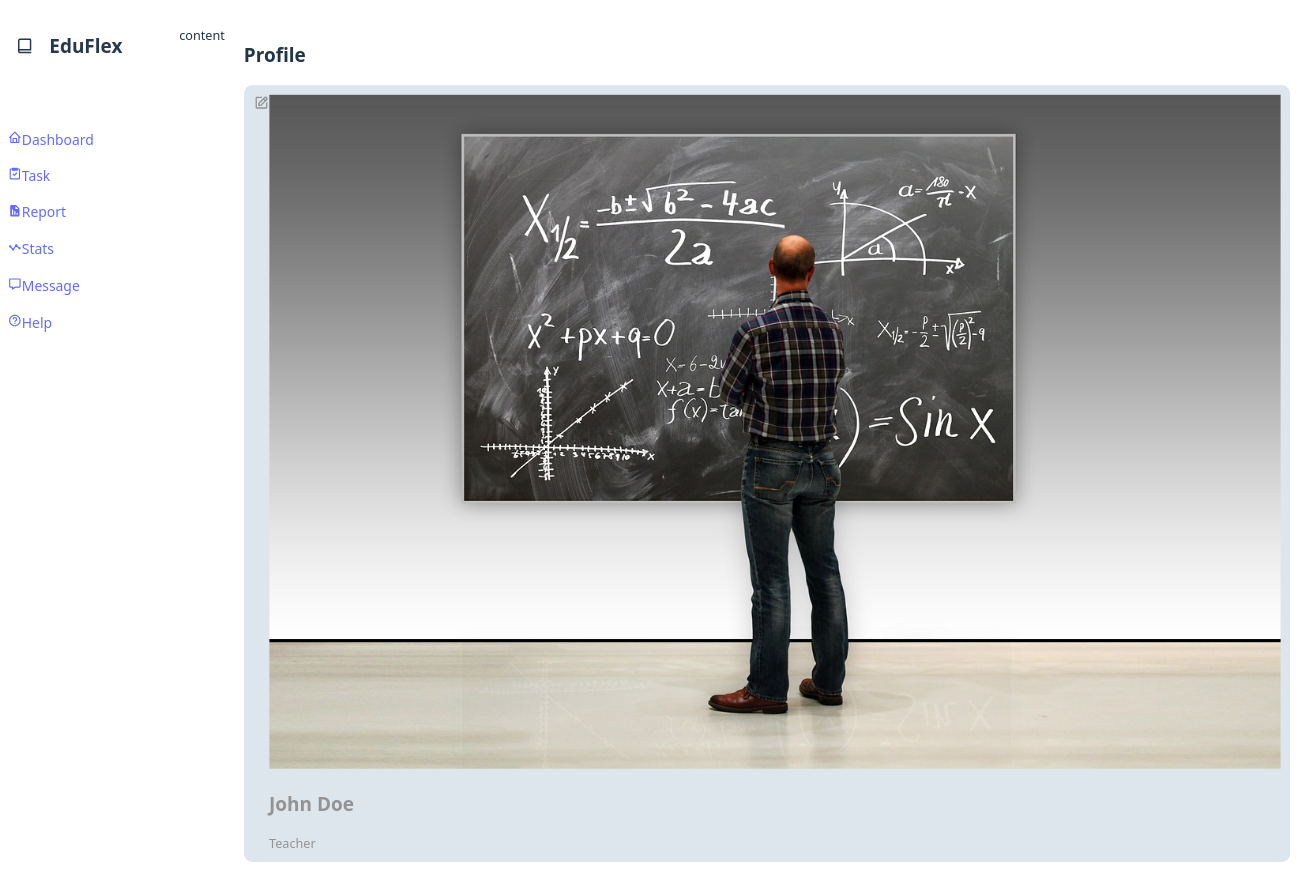
Repository: gogg23/react-dash
Page: /
These files come from the project's save history. The page is drawn as it stood at one moment and after the next save; the edit follows.
The browser window is 1280 px wide. The page is 1665 px wide, then 1280 px, then 1665 px, so the pictures cover 1665 px, including what lies to the right of the window. The pictures show the whole page, at 79% of full size.
The project was rebuilt for these pictures with package versions that can differ from the ones it lists, and the page was loaded fresh each time. Also part of the build but not shown: vite.config.js.

Above is the page before, as saved 2025-03-29 17:14:40.

### index.html
<!DOCTYPE html>
<html lang="en">
  <head>
    <meta charset="UTF-8" />
    <link rel="icon" type="image/svg+xml" href="/vite.svg" />
    <meta name="viewport" content="width=device-width, initial-scale=1.0" />
    <title>React Dashboard</title>
  </head>
  <body>
    <div id="root"></div>
    <script type="module" src="/src/main.jsx"></script>
  </body>
</html>

### src/App.jsx
import React from 'react';
import Sidebar from './components/Sidebar';
import Content from './components/Content';
import Profile from './components/Profile';
import './App.css';

const App = () => {
  return (
    <div className='dashboard'>
      <Sidebar />
      <div className='dashboard--content'>
        <>
          <Content />
          <Profile />
        </>
      </div>
    </div>
  );
};

export default App;

### src/components/Sidebar.jsx
import React from 'react';
import {
  BiHome,
  BiBookAlt,
  BiTask,
  BiMessage,
  BiSolidReport,
  BiStats,
  BiHelpCircle,
  BiTaskX,
} from 'react-icons/bi';
import '../styles/Sidebar.css';
const Sidebar = () => {
  return (
    <div className='menu'>
      <div className='logo'>
        <BiBookAlt className='logo-icon' />
        <h2>EduFlex</h2>
      </div>

      <div className='menu--list'>
        <a href='' className='item'>
          <BiHome />
          Dashboard
        </a>
        <a href='' className='item'>
          <BiTask />
          Task
        </a>
        <a href='' className='item'>
          <BiSolidReport />
          Report
        </a>
        <a href='' className='item'>
          <BiStats />
          Stats
        </a>
        <a href='' className='item'>
          <BiMessage />
          Message
        </a>
        <a href='' className='item'>
          <BiHelpCircle />
          Help
        </a>
      </div>
    </div>
  );
};

export default Sidebar;

### src/components/Content.jsx
import React from 'react';

function content() {
  return <div>content</div>;
}

export default content;

### src/components/Profile.jsx
import React from 'react';
import ProfileHeader from './profileHeader.jsx';
import '../styles/profile.css';

const Profile = () => {
  return (
    <div className='profile'>
      <ProfileHeader />
    </div>
  );
};

export default Profile;

### src/App.css
.dashboard {
  display: flex;
  gap: 20px;
}

.dashboard--content {
  background: #fff;
  flex: 1;
  border-radius: 20px;
  padding: 2rem;
  display: flex;
  gap: 1.5rem;
  justify-content: space-between;
}

### src/styles/sidebar.css
.sidebar {
  background-color: #dde6ed; /* Adjust to match your desired grey */
  width: 250px; /* Ensure proper width */
  height: 100vh; /* Full height */
  padding: 20px;
}

/* Menu container */
.menu {
  display: flex;
  flex-direction: column;
  gap: 2.3rem;
  height: 94vh;
}

/* Logo styles */
.logo {
  text-align: center;
  padding: 20px;
  color: #27374d;
  align-items: center;
  display: flex;
  gap: 20px;
}

.logo-icon {
  font-size: 1.4rem;
}

/* Menu items */
.menu--list {
  display: flex;
  flex-direction: column;
  gap: 20px;
  font-size: 1.1rem;
  text-decoration: none;
  font-weight: 600;
  padding: 10px;
  border-radius: 10px;
  transition: 0.3s ease-in-out;
  color: #27374d;
}

/* Menu item hover effect */
.menu--list .item:hover,
.active {
  background-color: #27374d;
  color: #dde6ed !important;
}

### src/components/profileHeader.jsx
import React from 'react';
import { BiEdit } from 'react-icons/bi';
import '../styles/profileHeader.css';
import Image1 from '../assets/images/Image1.jpg';
console.log(Image1);

const ProfileHeader = () => {
  return (
    <div>
      <h2 className='header--title'>Profile</h2>
      <div className='edit'>
        <BiEdit className='icon' />
        <div className='user--profile'>
          <div className='user--detail'>
            <img src={Image1} alt='' />
            <h2 className='user--name'>John Doe</h2>
            <span className='profession'>Teacher</span>
          </div>
        </div>
      </div>
    </div>
  );
};

export default ProfileHeader;

### src/styles/profile.css
.profile {
  flex: 1;
}
.profile--header {
  display: flex;
  justify-content: space-between;
  align-items: center;
}
.edit {
  background: #dde6ed;
  padding: 12px;
  border-radius: 10px;
  color: #939393;
  display: flex;
  justify-content: center;
}

.edit .icon {
  font-size: 20px;
  transition: 0.5s ease-in-out;
}

Loaded but not shown: src/main.jsx (common file); src/index.css (common file); src/styles/profileHeader.css (no stored copy; drawn as an empty file)

After the next save:
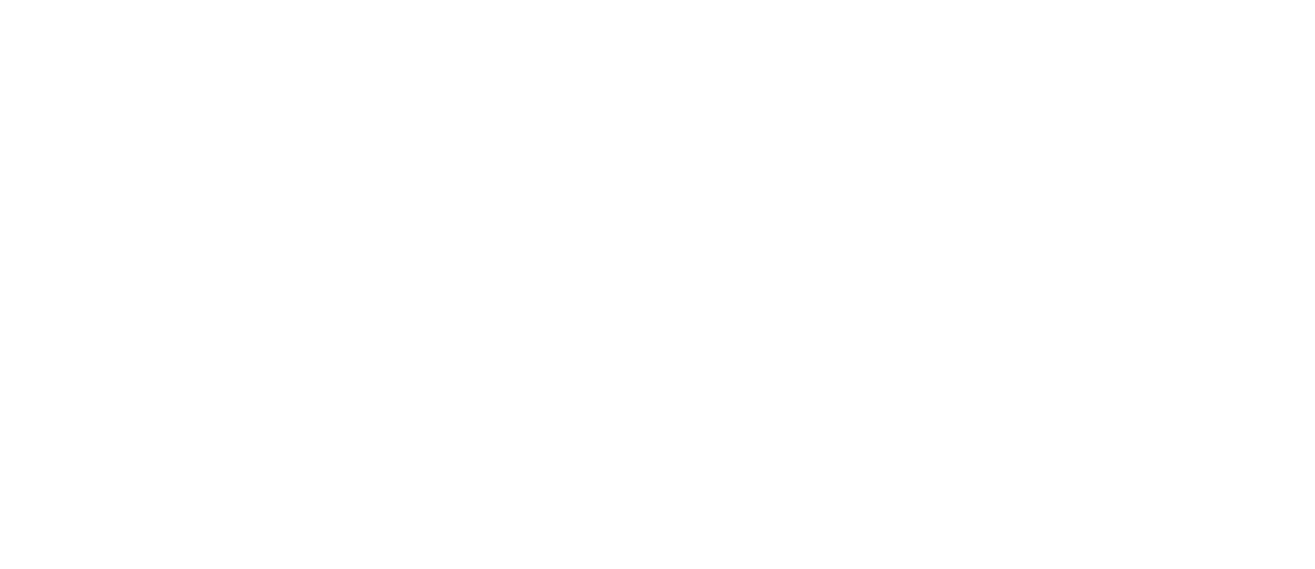
Console error: ReferenceError: Image1 is not defined
Saved 12 s later.
--- a/src/components/profileHeader.jsx
+++ b/src/components/profileHeader.jsx
@@ -1,8 +1,6 @@
 import React from 'react';
 import { BiEdit } from 'react-icons/bi';
 import '../styles/profileHeader.css';
-import Image1 from '../assets/images/Image1.jpg';
-console.log(Image1);
 
 const ProfileHeader = () => {
   return (

After the 2 saves that followed:
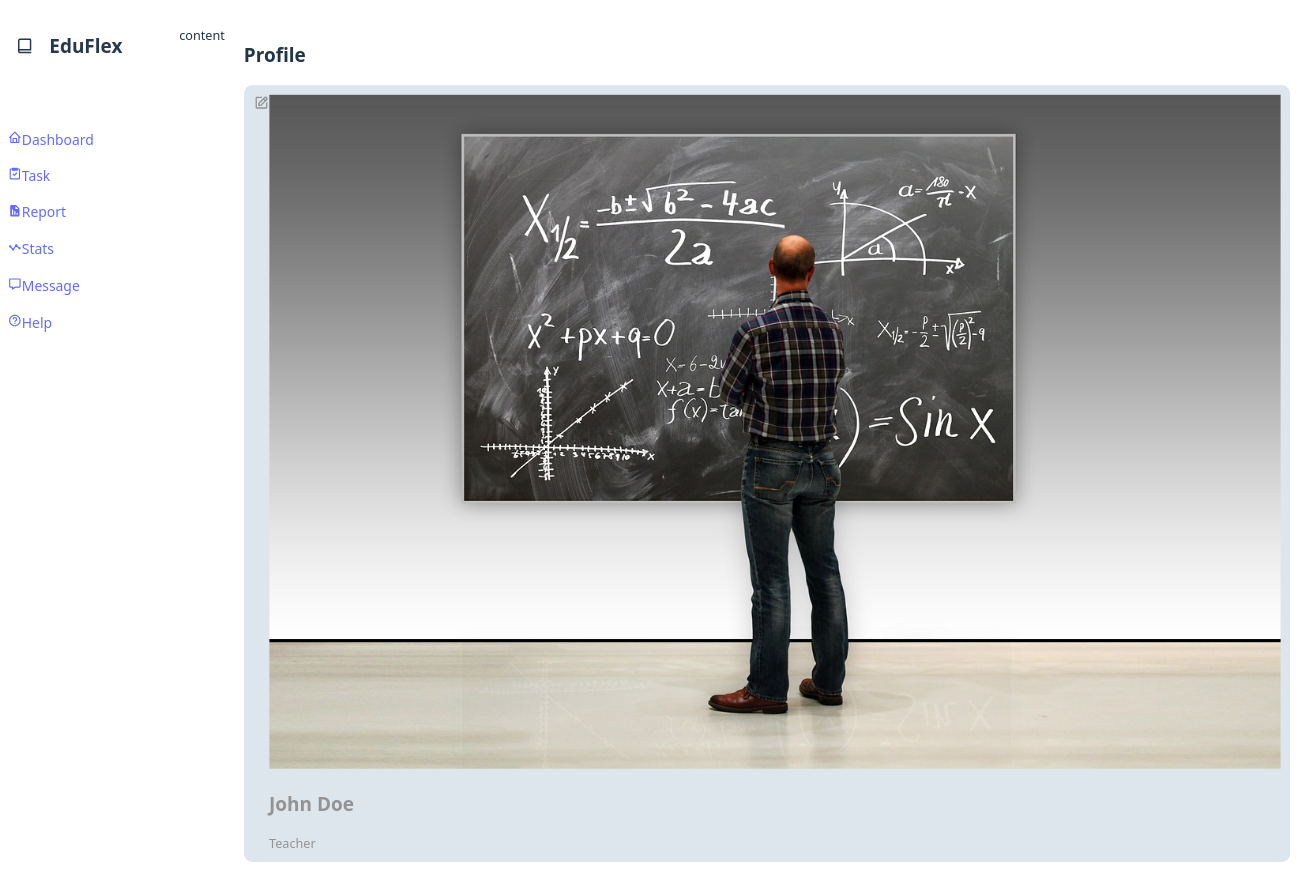
The error is gone.
The 2 saves are shown as one change because 1 left the picture as it was.
The last was saved 72 s later.
--- a/src/components/profileHeader.jsx
+++ b/src/components/profileHeader.jsx
@@ -1,6 +1,8 @@
 import React from 'react';
 import { BiEdit } from 'react-icons/bi';
 import '../styles/profileHeader.css';
+import Image1 from '../assets/images/Image1.jpg';
+console.log(Image1);
 
 const ProfileHeader = () => {
   return (
